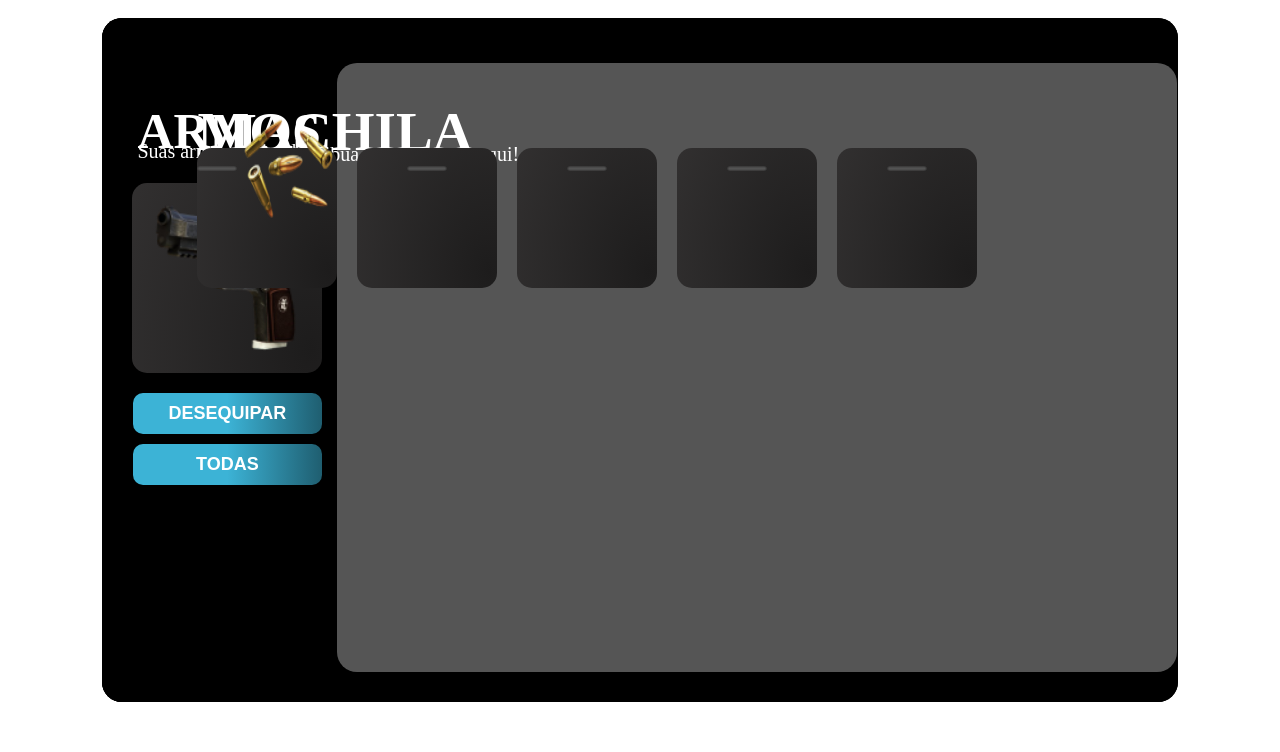
Repository: DuMCorrea/Mochila
Page: index.html
The author's editor kept a copy of each file at every save. The page is drawn from the files as they stood at one save, then again after the next save.
The browser window is 1280 px wide. The pictures show the whole page.
Some web fonts or font styles are not loaded; a fallback is used.

Above is the page before, as saved 2024-09-02 22:46:57.

After the next save:
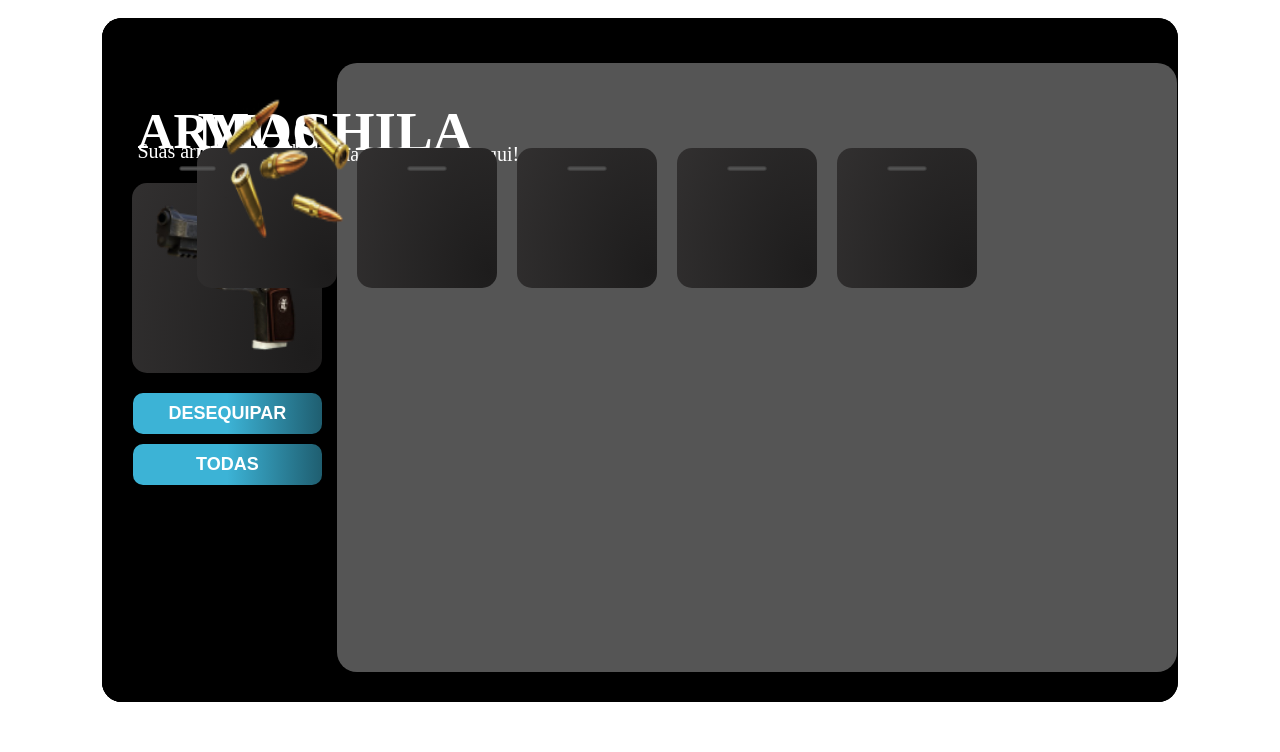
Saved 10 s later.
--- a/styles.css
+++ b/styles.css
@@ -205,8 +205,8 @@ body, html {
 }
 
 .shots-image {
-    width: 100px; /* Tamanho da imagem dentro dos quadrados */
-    height: 100px;
+    width: 100%; /* Tamanho da imagem dentro dos quadrados */
+    height: 100%;
     position: relative;
     bottom: 50px;
 }
